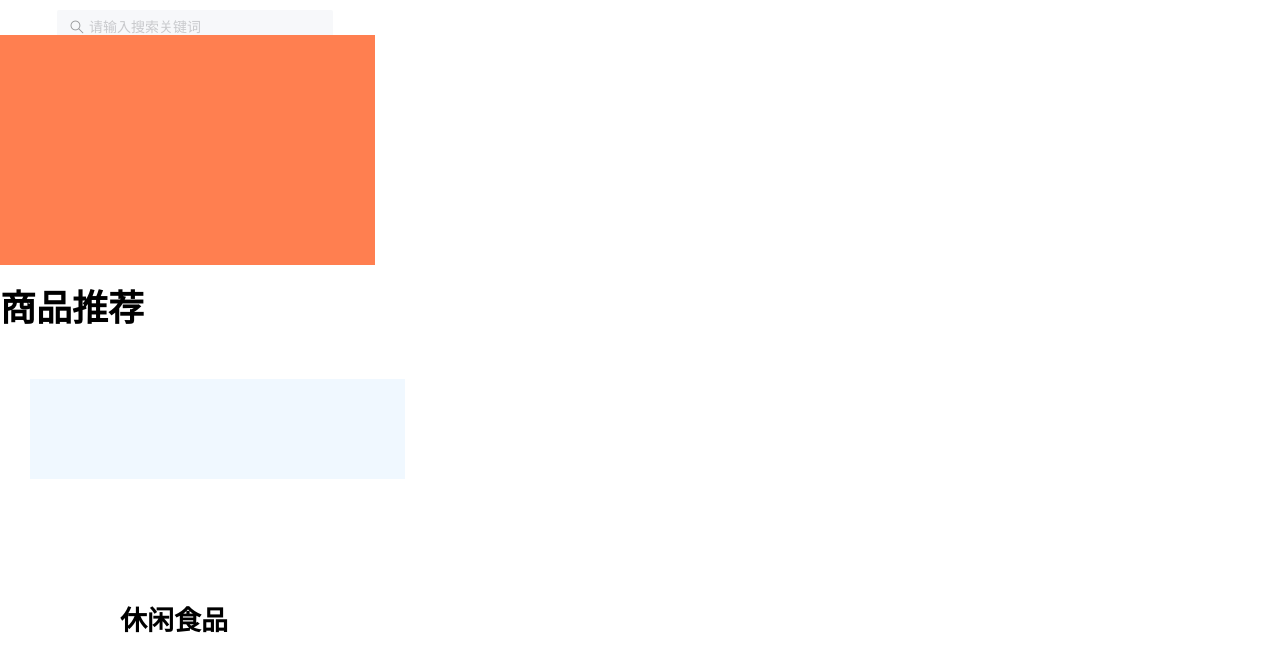
Repository: liyang777777/shangcheng
Page: /
These files come from the project's save history. The page is drawn as it stood at one moment and after the next save; the edit follows.
The browser window is 1280 px wide. The pictures show the whole page.
The page's requests for data from a server got no answer. The project was rebuilt for these pictures with package versions that can differ from the ones it lists, and the page was loaded fresh each time. No one was signed in, and anything a server would have sent is missing. Also part of the build but not shown: vue.config.js. Imported but missing from the stored project, and not drawn on this page: src/views/About.

Above is the page before, as saved 2020-06-23 14:58:20.

### src/main.js
import Vue from 'vue';
import App from './App.vue';
import router from './router';
import store from './store';
import Vant from 'vant';
import 'vant/lib/index.css';
import api from '../src/http/api'
import { Form } from 'vant';
import { Search } from 'vant';
import { Swipe, SwipeItem } from 'vant';
import { Image as VanImage } from 'vant';
import { Card } from 'vant';
import { Icon } from 'vant';

Vue.config.productionTip = false
Vue.use(Vant);
Vue.prototype.$api = api
Vue.use(Form);
Vue.use(Search);
Vue.use(Swipe);
Vue.use(SwipeItem);
Vue.use(VanImage);
Vue.use(Card);
Vue.use(Icon);

new Vue({
  router,
  store,
  render: h => h(App)
}).$mount('#app')

### src/App.vue
<template>
  <div id="app">

    <router-view/>
  </div>
</template>

<style lang="scss">

</style>

### src/router/index.js
import Vue from 'vue'
import VueRouter from 'vue-router'
import Home from '../views/Home.vue'


Vue.use(VueRouter)

  const routes = [
  {
    path: '/',
    name: 'Home',
    component: Home
  },
  {
    path: '/about',
    name: 'About',

    component: () => import('../views/About')
  },
  {
    path: '/details',
    name: 'Details',

    component: () => import('../views/details/Details')
  },
  {
    path: '/login',
    name: 'Login',

    component: () => import('../views/login/Login')
  }
]

const router = new VueRouter({
  mode: 'history',
  base: process.env.BASE_URL,
  routes
})

export default router

### src/store/index.js
import Vue from 'vue'
import Vuex from 'vuex'

Vue.use(Vuex)

export default new Vuex.Store({
  state: {
    slides: [],
    category: [],
    recommend: []
  },
  mutations: {
    setSlides(state,data) {
      state.slides = data
    },
    setCategory(state,data) {
      state.category = data
    },
    setRecommend(state,data) {
      state.recommend = data
    }
  },
  actions: {
  },
  modules: {
  }
})

### src/http/api.js
import service from './index'

export default {
    // login(params) {
    //     return service.post('/user/login',params)
    // },
    // 获取首页数据
    getDataHome() {
        return service.get('/recommend')
    },
    // 搜索
    getDataSearch(value) {
        return service.get('/search')
    },
    // 分类查询
    getDataQuery(id) {
        return service.get('/classification?mallSubId=${id}')
    },
    // 查询获取购物车数据
    getDataCart() {
        return service.get('/getCard')
    },
    // 单个商品详情
    getDataSingle() {
        return service.get('/goods/one?id=${id}')
    },
    //  查询用户订单数量
    getDataUser() {
        return service.get('/myOrder/orderNum')
    },
    //  获取登录注册默认验证码
    getDataCode() {
        return service.get('/v1/verify')
    },
    // 查询用户收货地址
    getDataCustomer() {
        return service.get('/getAddress')
    },
    // 查询默认收货地址
    getDataDefault() {
        return service.get('/getDefaultAddress')
    },
    // 查询我的收藏
    getDataCollection() {
        return service.get('/collection/list')
    },
    // 订单查询
    getDataOrquery() {
        return service.get('/getMyOrder')
    },
    // 查询已评价
    getDataEvaluated() {
        return service.get('/alreadyEvaluated')
    },
    // 查询未评价
    getDataNotEvaluated() {
        return service.get('/tobeEvaluated')
    },
    // 购物车加减商品
    getEditCart(count, id, mallPrice) {
        return service.post('/editCart', {
            count,
            id,
            mallPrice
        })
    },
    // 购物车商品删除
    getDeleteShop(id) {
        return service.post('/deleteShop', {
            id
        })
    },
    // 购物车支付页面
    getder(address, tel, orderld, totalPrice, idDirect, count) {
        return service.post('/order', {
            address,
            tel,
            orderld,
            totalPrice,
            idDirect,
            count
        })
    },
    // 收藏单个商品
    getCollection(goods) {
        return service.post('/collection', {
            goods
        })
    },
    // 取消收藏
    getCancelCollection(id) {
        return service.post('/cancelCollection', {
            id
        })
    },
    // 查询商品是否已收藏
    getIsCollection(id) {
        return service.post('/isCollection', {
            id
        })
    },
    // 加入购物车
    getAddShop(id) {
        return service.post('/addShop', {
            id
        })
    },
// 退出登录
    getLoginOut() {
        return service.post('/loginOut')
    },
    // 获取用户信息
    getQueryUser() {
        return service.post('/queryUser')
    },
    // 修改保存用户信息
    getSaveUser() {
        return service.post('/saveUser', {
            year,
            month,
            day,
            id,
            nickname
        })
    },
    // 商品评论
    getGoodsOne() {
        return service.post('/goodsOne/comment', {
            id,
            rate,
            content,
            anonymous,
            _id,
            order_id,
            image
        })
    },
    // 设置默认收货地址
    getSetDefaultAddress() {
        return service.post('/setDefaultAddress',{
            id
        })
    },
    // 增加收货地址
    getName() {
        return service.post('/address', {
            name,
            tel,
            address,
            isDefault,
            province,
            city,
            county,
            addressDetail,
            areaCode,
            id
        })
    },
    // 删除地址
    getDeleteAddress() {
        return service.post('/deleteAddress',{
            id
        })
    },
    // 注册
    getRegister() {
        return service.post('/register',{
            nickname,
            password,
            verify
        })
    },
    // 登录
    getLogin() {
        return service.post('/login',{
            nickname,
            password,
            verify
        })
    },
    // 查询单条评论
    getEluateOne() {
        return service.post('/evaluateOne',{
            id,
            _id
        })
    }
}

### src/views/Home.vue
<template>
  <div class="All">
    <div>
      <Nav></Nav>
    </div>
    <div>
      <Roc></Roc>
    </div>
     <div>
      <Mip></Mip>
    </div>
     <div>
      <Prre></Prre>
    </div>
  </div>
</template>

<script>
import axios from "axios";
import Nav from "../components/Nav";
import Roc from "../components/Roc";
import Mip from "../components/Mip"
import Prre from "../components/Prre"
export default {
  name: "",
  props: {},
  components: {
    Nav,
    Roc,
    Mip,
    Prre
  },
  data() {
    return {};
  },
  methods: {},
  mounted() {
    this.$api
      .getDataHome()
      .then(res => {
        this.$store.commit("setSlides", res.data.slides);
        this.$store.commit("setCategory",res.data.category)
        this.$store.commit("setRecommend",res.data.recommend)
        console.log(res.data);
      })
      .catch(err => {
        console.log(err);
      });
  },
  watch: {},
  computed: {}
};
</script>

<style scoped lang='scss'>

</style>

### src/http/index.js
import axios from 'axios'
const service = axios.create({
    baseURL: '/api',
    timeout: 10000
})


service.interceptors.response.use( res => {
    return res.data
})


export default service

### src/components/Nav.vue
<template>
  <!-- 顶部 -->
  <div class="content">
    <div class="box2">
      <van-search v-model="value" placeholder="请输入搜索关键词" />
    </div>
  </div>
</template>

<script>
import { Toast } from "vant";
export default {
  name: "",
  props: {},
  components: {},
  data() {
    return {
      value: ""
    };
  },
  methods: {},
  mounted() {},
  watch: {},
  computed: {}
};
</script>

<style scoped lang='scss'>
.box2 {
  width: 300px;
  height: 25px;
  margin-left: 45px;
  font-size: 18px;
}
</style>

### src/components/Roc.vue
<template>
<!-- 轮播图 -->
  <div class="box">
    <van-swipe :autoplay="3000">
      <van-swipe-item v-for="(item, index) in slides" :key="index">
        <img v-lazy="item.image" class="img">
      </van-swipe-item>
    </van-swipe>
  </div>
</template>

<script>
import Vue from "vue";
import { Lazyload } from "vant";
Vue.use(Lazyload);

export default {
  name: "",
  props: {

  },
  components: {},
  data() {
    return {

    };
  },
  methods: {},
  mounted() {},
  watch: {},
  computed: {
    slides() {
      return this.$store.state.slides;
    }
  }
};
</script>

<style scoped lang='scss'>
.img {
    width: 375px;
    height: 200px;
    margin-top: 30px;
}
</style>

### src/components/Mip.vue
<template>
  <!-- 中间部分 -->
  <div>
    <div class="box">
      <div v-for="(item,index) in category" :key="index" class="box1">
        <img :src="item.image" class="img" />
        <div class="name">{{item.mallCategoryName}}</div>
      </div>
      <div>
        <img src="https://images.baixingliangfan.cn/advertesPicture/20180404/20180404085441_850.gif" class="img1">
      </div>
    </div>
  </div>
</template>

<script>
export default {
  name: "",
  props: {},
  components: {},
  data() {
    return {};
  },
  methods: {},
  mounted() {},
  watch: {},
  computed: {
    category() {
      return this.$store.state.category;
    }
  }
};
</script>

<style scoped lang='scss'>
.box {
  width: 375px;
  height: 230px;
  display: flex;
  position: relative;
  background: coral;
  top: 10px;
}
.img {
  width: 50px;
  height: 50px;
  margin-left: 20px;
  margin-top: 20px;
}
.name {
  margin-left: 10px;
}
.img1 {
  width: 300px;
  height: 50px;
  margin-top: 120px;
  margin-left: -300px;
}
</style>

### src/components/Prre.vue
<template>
  <div>
    <!-- 商品推荐 -->
    <div>
      <div class="box">
        <h1>商品推荐</h1>
      </div>
      <div class="box1">
        <div v-for="(item,index) in recommend" :key="index">
          <div>
            <img :src="item.image" class="img" width="115px" height="115px" />
          </div>
          <div class="box2">{{item.goodsName}}</div>
          <div class="box3">￥{{item.mallPrice}}</div>
          <div class="box4">￥{{item.price}}</div>
          <div class="box5">
            <van-icon name="cart-o" color="#FFA82E" />
            <van-tag plain type="danger">查看详情</van-tag>
          </div>
        </div>
      </div>
    </div>
    <!-- 休闲食品 -->
    <div>
      <div class="All">
        <h2>休闲食品</h2>
      </div>
    </div>
  </div>
</template>

<script>
export default {
  name: "",
  props: {},
  components: {},
  data() {
    return {};
  },
  methods: {},
  mounted() {},
  watch: {},
  computed: {
    recommend() {
      return this.$store.state.recommend;
    }
  }
};
</script>

<style scoped lang='scss'>
.box {
  width: 200px;
  height: 100px;
  font-size: 18px;
}
.box1 {
  width: 375px;
  height: 100px;
  display: flex;
  margin-left: 30px;
  background: aliceblue;
}
.box2 {
  font-size: 14px;
}
.box4 {
  margin-top: -20px;
  margin-left: 60px;
  text-decoration: line-through;
}
.All {
  width: 200px;
  height: 100px;
  font-size: 18px;
  margin-top: 120px;
  margin-left: 120px;
}
</style>

Loaded but not shown: public/index.html (common file)

After the next save:
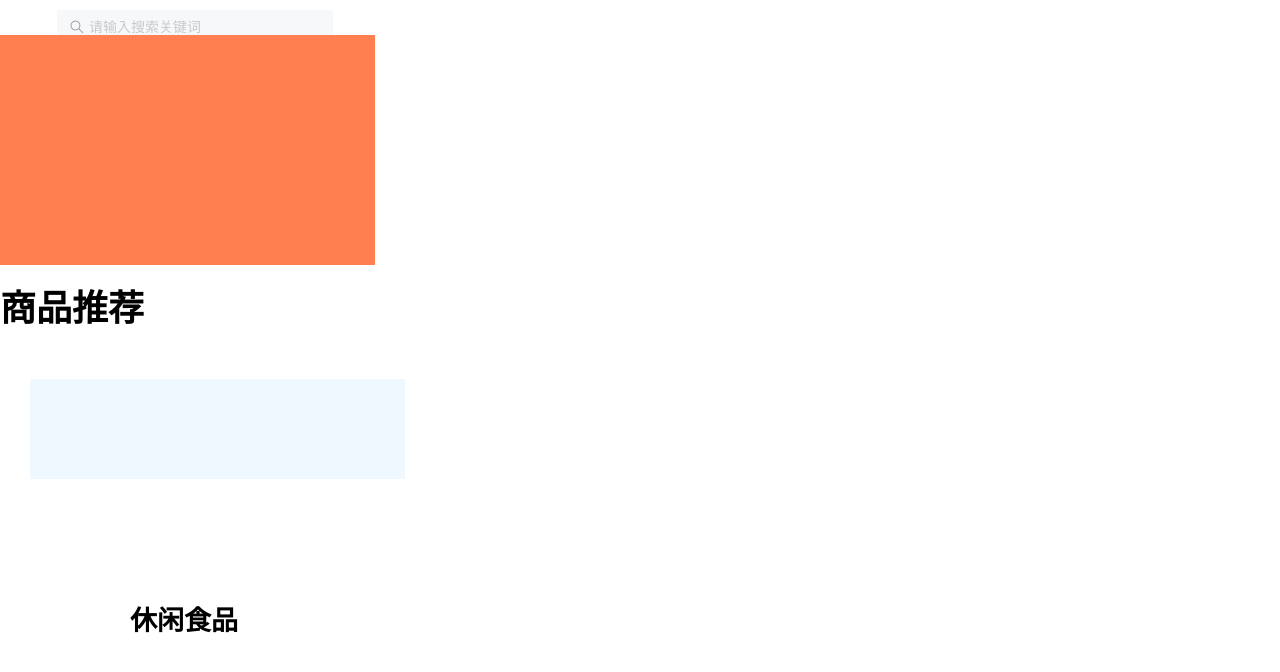
Saved 15 s later.
--- a/src/components/Prre.vue
+++ b/src/components/Prre.vue
@@ -74,6 +74,6 @@ export default {
   height: 100px;
   font-size: 18px;
   margin-top: 120px;
-  margin-left: 120px;
+  margin-left: 130px;
 }
 </style>
